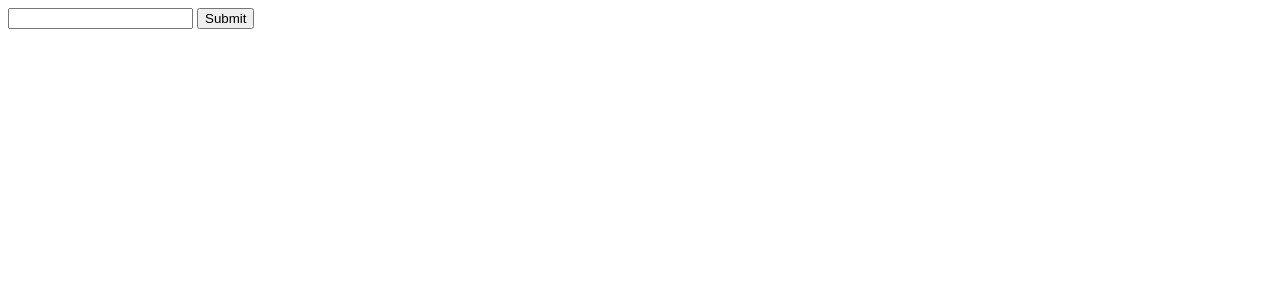
Repository: Yingjae/jsp_practice
Page: http://localhost/JSPBasic/JspObject/2.response/res_basic.jsp
These files come from the project's save history. The page is drawn as it stood at one moment and after the next save; the edit follows.
The browser window is 1280 px wide. The pictures show the whole page.
The page is served by Tomcat 9.

Above is the page before, as saved 2022-02-04 02:47:42.

After the next save:
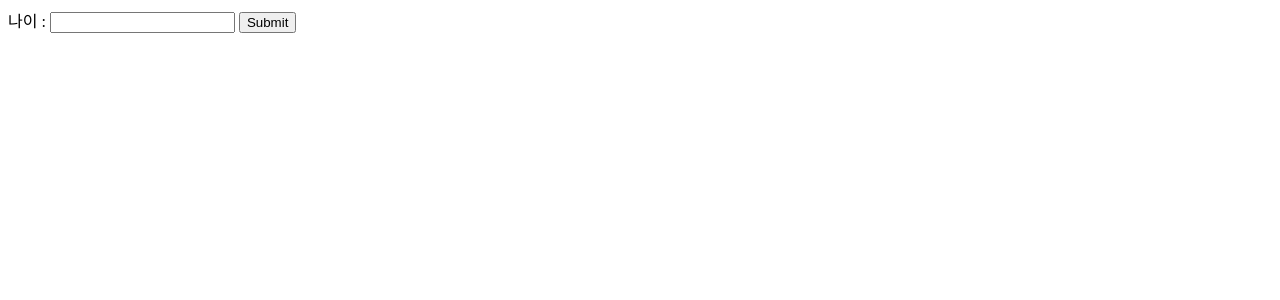
Saved 14 s later.
--- a/JSPBasic/src/main/webapp/JspObject/2.response/res_basic.jsp
+++ b/JSPBasic/src/main/webapp/JspObject/2.response/res_basic.jsp
@@ -11,7 +11,7 @@
 	목적지는 res_check.jsp 이고 method는 get방식 입니다.
 	input태그로 나이를 입력받고, 제출 버튼에는 "확인"이라고 적혀있습니다. --%>
 	<form action="res_check.jsp" method="get">
-		<input type="number" name="age" size="15px">
+		나이 : <input type="number" name="age" size="15px">
 		<input type="submit" name="확인">
 	</form>
 </body>
